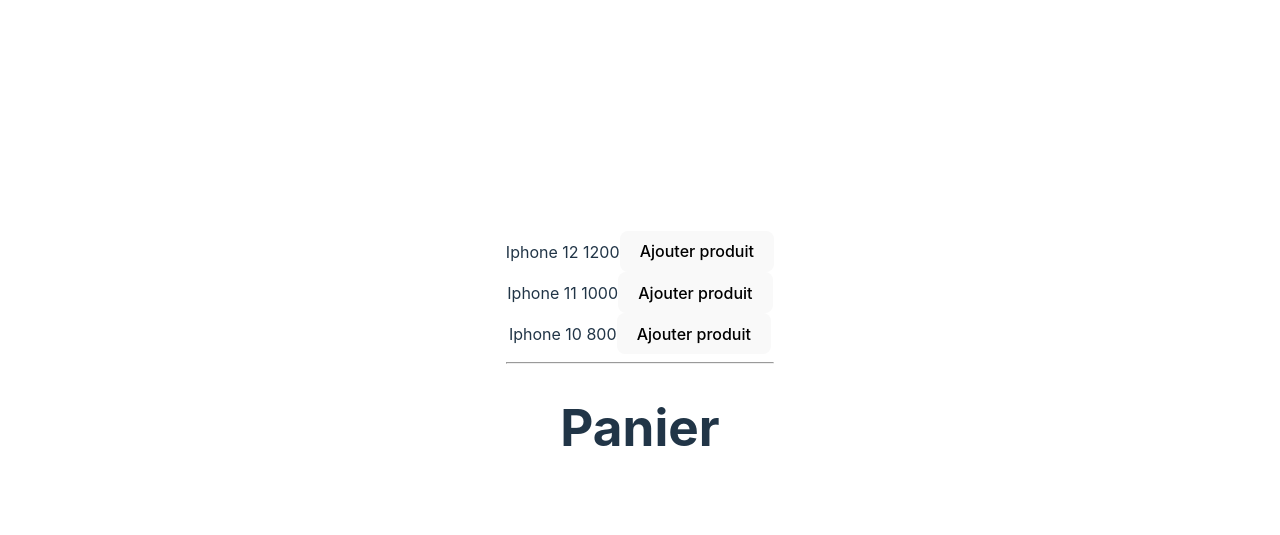
Repository: ndiemenguer/convertisseur
Page: / (app in sanogo/)
The author's editor kept a copy of each file at every save. The page is drawn from the files as they stood at one save, then again after the next save.
The browser window is 1280 px wide. The pictures show the whole page.
The project was rebuilt for these pictures with package versions that can differ from the ones it lists, and the page was loaded fresh each time. Also part of the build but not shown: sanogo/vite.config.js.

Above is the page before, as saved 2023-07-08 11:59:29.

After the next save:
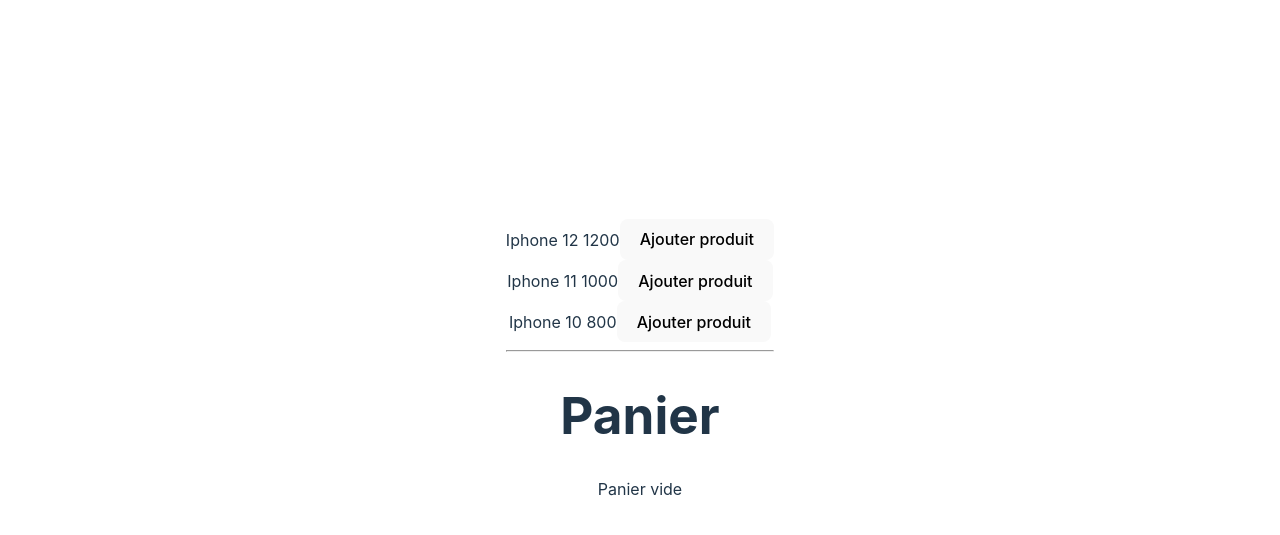
Saved 17 min 40 s later.
--- a/sanogo/src/App.jsx
+++ b/sanogo/src/App.jsx
@@ -34,6 +34,7 @@
       ))}
       <hr />
       <h1>Panier</h1>
+      {garder.length === 0 && <div>Panier vide</div>}
       {garder.map((item) => (
         <div key={item.id}>
           {item.name} {"  "}
